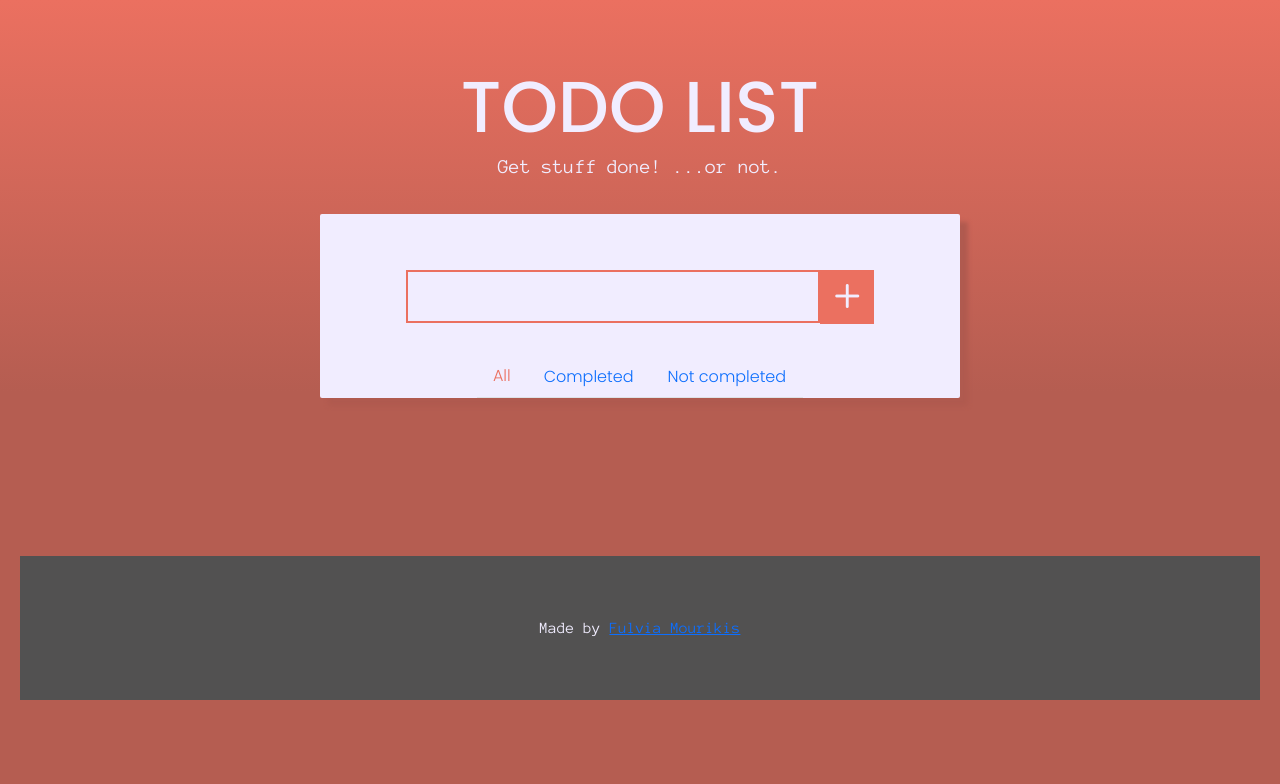
Repository: zum281/todo-list
Page: index.html
The author's editor kept a copy of each file at every save. The page is drawn from the files as they stood at one save, then again after the next save.
The browser window is 1280 px wide. The pictures show the whole page.
Some web libraries are served in a nearby version. The style sheet was rebuilt from its Sass, Less or Tailwind sources for each picture, by a compiler version that may differ from the author's.

Above is the page before, as saved 2021-03-07 15:31:22.

After the next save:
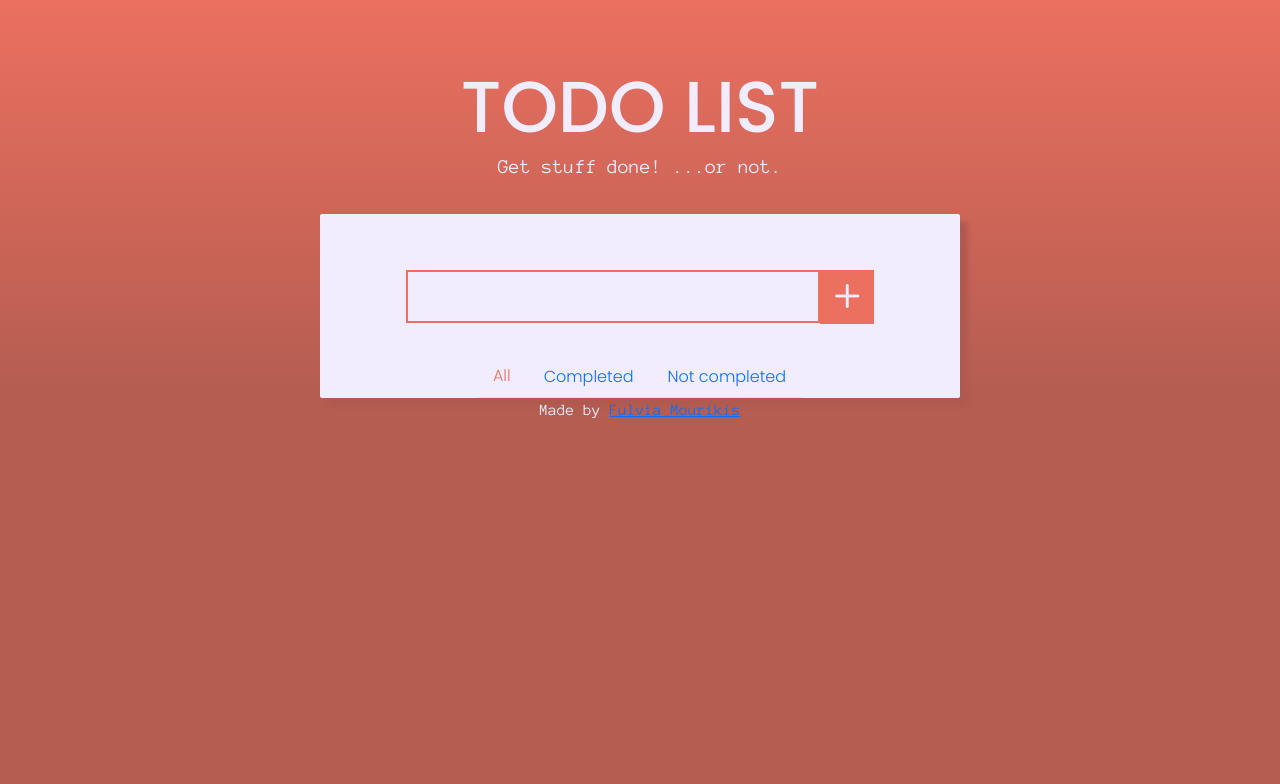
Saved 27 s later.
--- a/index.html
+++ b/index.html
@@ -47,11 +47,11 @@
                 </ul>
             </div>
         </div>
-        <footer>
+        <div class="footer">
             <p class="footer-text">Made by <a class="footer-link" href="https://www.github.com/zum281">Fulvia
                     Mourikis</a>
             </p>
-        </footer>
+        </div>
         <script src="js/main.js"></script>
     </body>
 

After the save that followed:
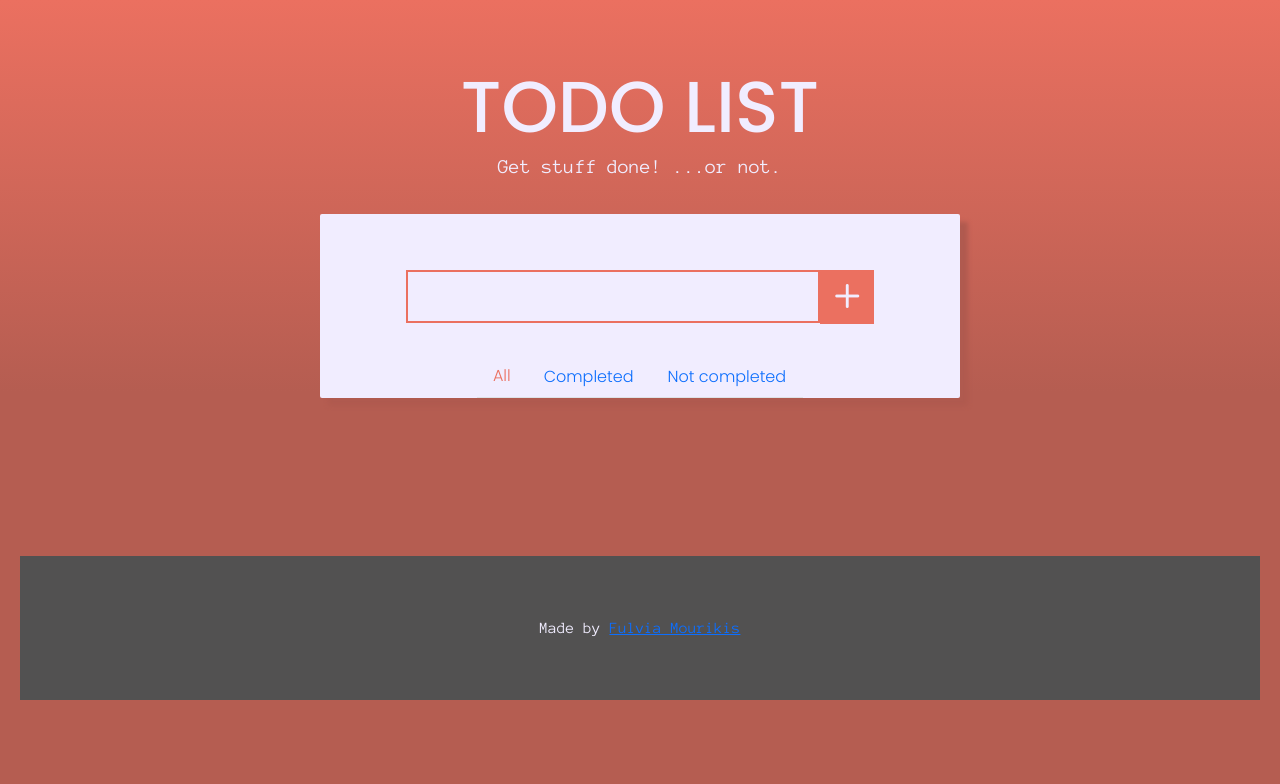
Saved 9 s later.
--- a/sass/main.scss
+++ b/sass/main.scss
@@ -178,7 +178,7 @@ p {
     }
 }
 
-footer {
+.footer {
     background-color: $text-light;
     position: absolute;
     margin: 20px;
